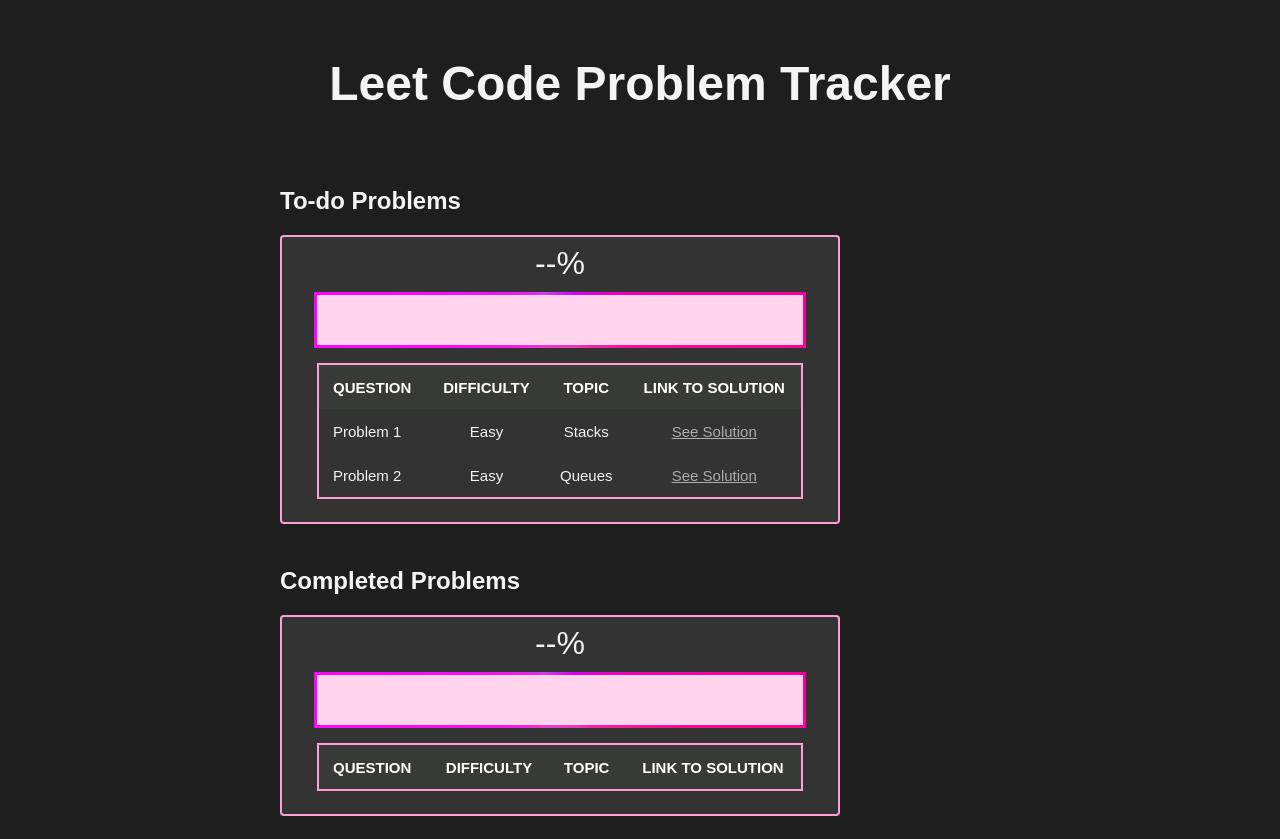
Repository: bbrockbrown/leet-code-tracker
Page: index.html
The author's editor kept a copy of each file at every save. The page is drawn from the files as they stood at one save, then again after the next save.
The browser window is 1280 px wide. The pictures show the whole page.

Above is the page before, as saved 2024-07-28 17:45:46.

After the next save:
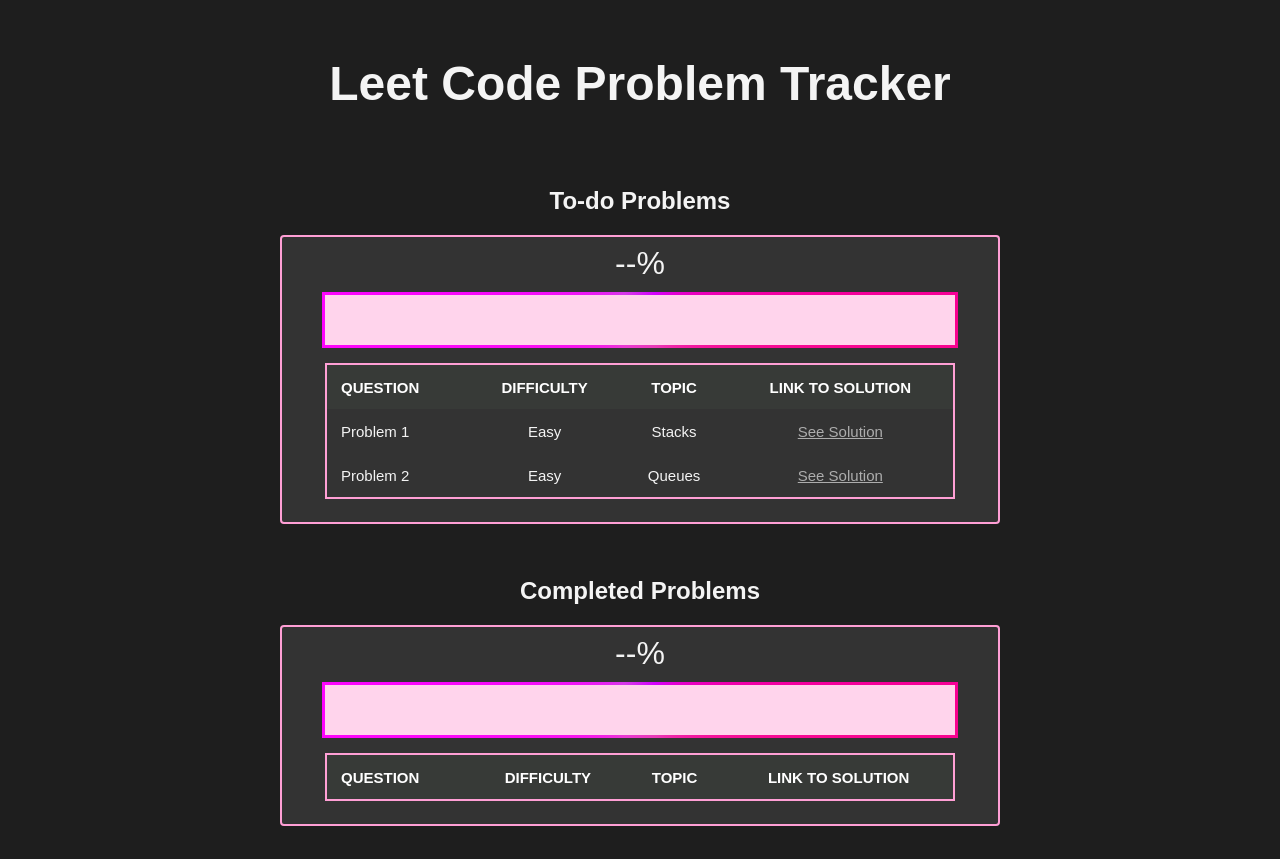
Saved 5 s later.
--- a/styles.css
+++ b/styles.css
@@ -60,6 +60,12 @@ body {
     height: 100%;
 }
 
+.tracking-box {
+    width: 100%;
+    text-align: center;
+    margin-bottom: 20px;
+}
+
 .tracking-title {
     font-size: 24px;
     margin-bottom: 10px;
@@ -82,8 +88,6 @@ body {
     max-height: 85%;
     overflow-y: auto;
     color: #f4f4f4;
-    text-align: center;
-    margin-bottom: 20px;
 }
 
 .todo-tracking:hover, .completed-tracking:hover {
